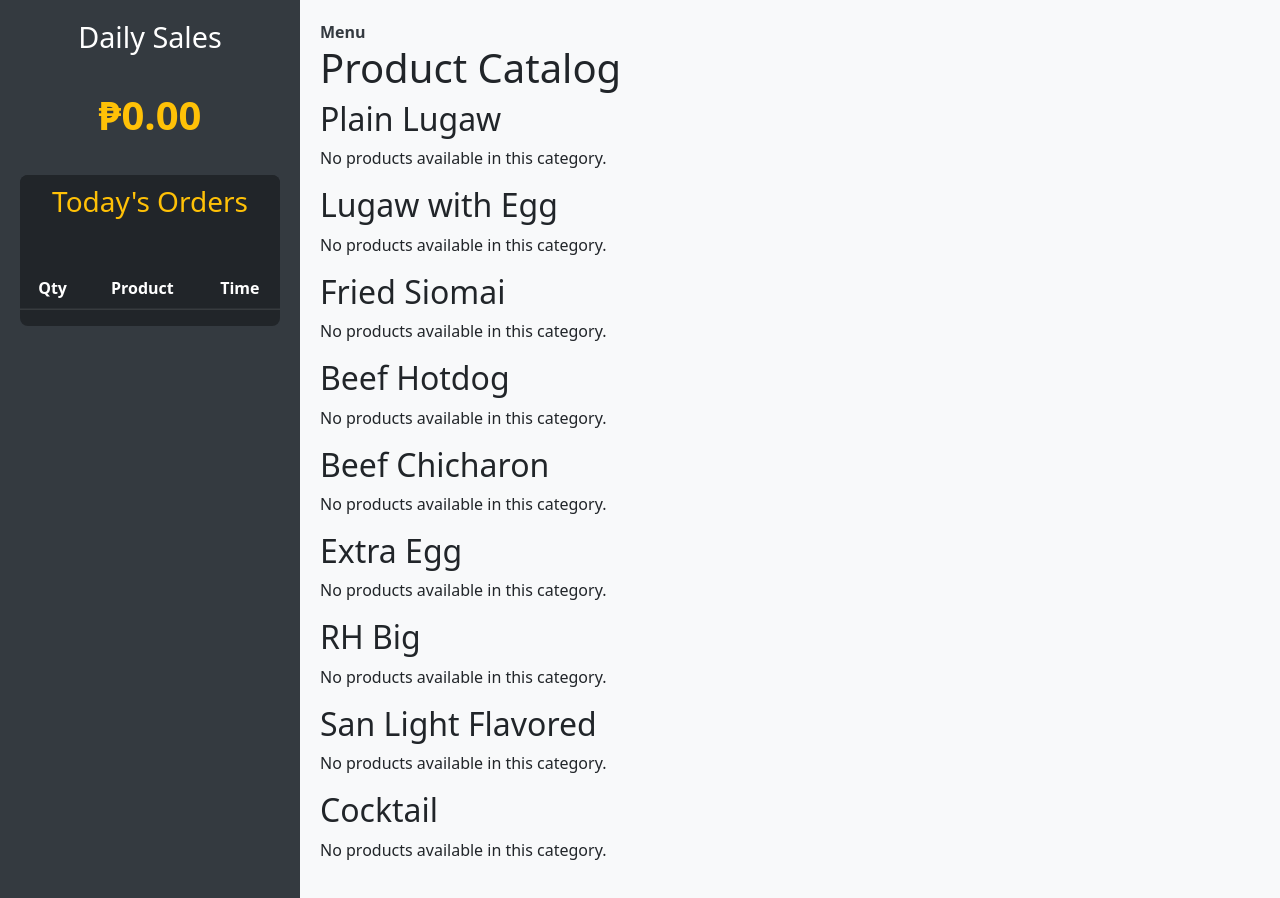
Repository: Jijiluzana225/lugawan_pitlane
Page: http://localhost/menu/
These files come from the project's save history. The page is drawn as it stood at one moment and after the next save; the edit follows.
The browser window is 1280 px wide. The pictures show the whole page.
The page is served by the project's application, run on Django 5.2 (manage.py). Other server files are loaded and not shown. The page reads the database file committed with the project.

Above is the page before, as saved 2025-03-06 09:38:25.

### pos/templates/pos/catalog.html
{% extends 'pos/base.html' %}

{% block title %}Product Catalog - Lugaw Cafe{% endblock %}

{% block content %}
<h1>Product Catalog</h1>
{% for category in categories %}
    <h2>{{ category.name }}</h2>
    <div class="catalog">
        {% for product in category.product_set.all %}
            <div class="product">
                <h3>{{ product.name }}</h3>
                <p>₱{{ product.price }}</p>

                <!-- Running total ordered today -->
                {% with total_ordered=product.total_ordered_today %}
                    <p>Ordered today: {{ total_ordered|default:0 }}</p>
                {% endwith %}

                {% if product.available %}
                    <form action="{% url 'add_to_order' %}" method="post">
                        {% csrf_token %}
                        <input type="hidden" name="product_id" value="{{ product.id }}">
                        <label for="qty_{{ product.id }}">Qty:</label>
                        <input type="number" name="quantity" id="qty_{{ product.id }}" value="1" min="1" required>
                        <button type="submit">Add to Order</button>
                    </form>
                {% else %}
                    <p style="color: red;">Out of Stock</p>
                {% endif %}
            </div>
        {% empty %}
            <p>No products available in this category.</p>
        {% endfor %}
    </div>
{% empty %}
    <p>No categories available.</p>
{% endfor %}
{% endblock %}

### pos/templates/pos/base.html
<!DOCTYPE html>
<html lang="en">
<head>
    <meta charset="UTF-8">
    <meta name="viewport" content="width=device-width, initial-scale=1.0">
    <title>{% block title %}Lugaw Cafe POS{% endblock %}</title>

    <!-- Bootstrap CSS -->
    <link href="https://cdnjs.cloudflare.com/ajax/libs/bootstrap/5.3.0/css/bootstrap.min.css" rel="stylesheet">

    <style>
        body {
            display: flex;
            min-height: 100vh;
            background-color: #f8f9fa;
        }

        .sidebar {
            width: 300px;
            background: #343a40;
            color: #fff;
            padding: 20px;
            display: flex;
            flex-direction: column;
        }

        .sidebar h2 {
            font-size: 1.8rem;
            text-align: center;
            margin-bottom: 30px;
        }

        .total-orders {
            font-size: 2.5rem;
            font-weight: bold;
            color: #ffc107;
            text-align: center;
        }

        .orders-table {
            margin-top: 30px;
            background: #212529;
            border-radius: 8px;
            padding: 0;
            overflow: hidden;
            display: flex;
            flex-direction: column;
        }

        .sticky-header {
            position: sticky;
            top: 0;
            background: #212529;
            padding: 10px;
            margin: 0;
            text-align: center;
            color: #ffc107;
            z-index: 2;
        }

        .scrollable-table {
            max-height: 400px;
            overflow-y: auto;
        }

        .sticky-thead {
            position: sticky;
            top: 40px; /* Below the header */
            background: #495057;
            z-index: 1;
        }

        .scrollable-table table {
            width: 100%;
        }

        .scrollable-table th, .scrollable-table td {
            text-align: center;
        }

        .scrollable-table tr:nth-child(even) {
            background-color: #343a40;
        }


        .main-content {
            flex: 1;
            padding: 20px;
        }

        .catalog {
            display: flex;
            flex-wrap: wrap;
            gap: 20px;
            justify-content: flex-start;
        }

        .product {
            border: 1px solid #ccc;
            padding: 15px;
            width: 200px;
            text-align: center;
            background-color: #ffffff;
            border-radius: 8px;
            box-shadow: 0 2px 8px rgba(0, 0, 0, 0.1);
            transition: transform 0.2s ease-in-out;
        }

        .product:hover {
            transform: scale(1.05);
        }

        .product h3 {
            margin: 0;
            font-size: 1.2rem;
            color: #212529;
        }

        .product p {
            margin: 5px 0;
        }

        .btn-add {
            background-color: #28a745;
            color: white;
            border: none;
            padding: 8px 12px;
            border-radius: 5px;
            transition: background-color 0.2s ease-in-out;
        }

        .btn-add:hover {
            background-color: #218838;
        }

        nav a {
            margin-right: 15px;
            text-decoration: none;
            color: #343a40;
            font-weight: bold;
        }
    </style>
</head>
<body>

    <!-- Sidebar with total orders and order table -->
    <div class="sidebar">
        <h2>Daily Sales</h2>
        <div class="total-orders">
            ₱{{ total_sales|default:"0.00" }}
        </div>

        <div class="orders-table">
            <h3 class="sticky-header">Today's Orders</h3>
            <div class="scrollable-table">
                <table class="table table-dark table-striped">
                    <thead class="sticky-thead">
                        <tr>
                            <th>Qty</th>
                            <th>Product</th>
                            <th>Time</th>
                        </tr>
                    </thead>
                    <tbody>
                        {% for order in todays_orders %}
                            <tr>
                                <td>{{ order.quantity }}</td>
                                <td>{{ order.product.name }}</td>
                                <td>{{ order.datetimestamp|time:"h:i A" }}</td>
                            </tr>
                        {% empty %}
                            <tr>
                                <td colspan="3">No orders yet today.</td>
                            </tr>
                        {% endfor %}
                    </tbody>
                </table>
            </div>
        </div>

    </div>

    <div class="main-content">
        <nav>
            <a href="{% url 'menu' %}">Menu</a>
        </nav>

        {% block content %}{% endblock %}
    </div>

</body>
</html>

### pos/models.py
from django.db import models
from django.utils.timezone import now

class Category(models.Model):
    name = models.CharField(max_length=100)

    def __str__(self):
        return self.name

from django.db import models
from django.utils.timezone import now

class Category(models.Model):
    name = models.CharField(max_length=100)

    def __str__(self):
        return self.name

class Product(models.Model):
    name = models.CharField(max_length=200)
    category = models.ForeignKey(Category, on_delete=models.CASCADE)
    price = models.DecimalField(max_digits=10, decimal_places=2)
    available = models.BooleanField(default=True)

    def __str__(self):
        return self.name

    @property
    def total_ordered_today(self):
        from django.db.models import Sum
        from datetime import date

        today = date.today()
        total = OrderItem.objects.filter(
            product=self,
            datetimestamp__date=today
        ).aggregate(Sum('quantity'))['quantity__sum']

        return total or 0


class OrderItem(models.Model):
    product = models.ForeignKey(Product, on_delete=models.CASCADE)
    quantity = models.PositiveIntegerField(default=1)
    datetimestamp = models.DateTimeField(default=now)  # New field

    def __str__(self):
        return f"{self.quantity} x {self.product.name} at {self.datetimestamp}"

### pos/views.py
from django.shortcuts import render
from .models import Category, Product




def catalog(request):

    categories = Product.objects.select_related('category').all()

    # Calculate total sales for the day from OrderItem model
    today = date.today()
    total_sales = OrderItem.objects.filter(
        datetimestamp__date=today
    ).annotate(
        total_price=F('product__price') * F('quantity')  # Calculate total price per item
    ).aggregate(
        total=Sum('total_price')
    )['total'] or 0
    categories = Category.objects.prefetch_related('product_set').all()

    todays_orders = OrderItem.objects.filter(
        datetimestamp__date=today
    ).select_related('product').order_by('-datetimestamp')

    return render(request, 'pos/catalog.html', {'categories': categories,'total_sales': total_sales,'todays_orders': todays_orders})


from django.shortcuts import redirect, get_object_or_404
from django.utils.timezone import now
from .models import Product, OrderItem

def add_to_order(request):
    if request.method == 'POST':
        product_id = request.POST.get('product_id')
        quantity = int(request.POST.get('quantity', 1))  # Get quantity, default to 1 if missing
        product = get_object_or_404(Product, id=product_id)

        # Always create a new OrderItem record with the provided quantity
        OrderItem.objects.create(
            product=product,
            quantity=quantity,
            datetimestamp=now()
        )

    return redirect('catalog')


from django.shortcuts import render
from django.db.models import Sum, F
from django.utils.timezone import now
from datetime import date
from .models import Product, OrderItem

def menu(request):
    categories = Product.objects.select_related('category').all()

    # Calculate total sales for the day from OrderItem model
    today = date.today()
    total_sales = OrderItem.objects.filter(
        datetimestamp__date=today
    ).annotate(
        total_price=F('product__price') * F('quantity')  # Calculate total price per item
    ).aggregate(
        total=Sum('total_price')
    )['total'] or 0

    return render(request, 'pos/catalog.html', {
        'categories': categories,
        'total_sales': total_sales
    })

### lugaw_pos/urls.py
from django.contrib import admin
from django.urls import path, include

urlpatterns = [
    path('admin/', admin.site.urls),
    path('', include('pos.urls')),
]

### pos/urls.py
from django.urls import path
from . import views

urlpatterns = [
    path('menu/', views.menu, name='menu'),

    path('catalog/', views.catalog, name='catalog'),  # New catalog page
    path('add-to-order/', views.add_to_order, name='add_to_order'),  # New URL for adding to order

]

### db.sqlite3 (the tables this page reads, as SQL)
CREATE TABLE "pos_category" ("id" integer NOT NULL PRIMARY KEY AUTOINCREMENT, "name" varchar(100) NOT NULL);
INSERT INTO "pos_category" VALUES
(1, 'Lugaw'),
(2, 'Toppings'),
(3, 'Beers'),
(4, 'Cocktail');

CREATE TABLE "pos_orderitem" ("id" integer NOT NULL PRIMARY KEY AUTOINCREMENT, "quantity" integer unsigned NOT NULL CHECK ("quantity" >= 0), "product_id" bigint NOT NULL REFERENCES "pos_product" ("id") DEFERRABLE INITIALLY DEFERRED, "datetimestamp" datetime NOT NULL);
INSERT INTO "pos_orderitem" VALUES
(50, 1, 1, '2025-03-06 01:56:34.121001'),
(51, 1, 6, '2025-03-06 01:56:41.037510'),
(52, 1, 1, '2025-03-06 01:56:57.538878'),
(53, 1, 1, '2025-03-06 01:56:59.174436'),
(54, 1, 1, '2025-03-06 01:57:01.013718'),
(55, 1, 1, '2025-03-06 01:59:52.563631'),
(56, 1, 2, '2025-03-06 02:00:06.551409'),
(57, 1, 2, '2025-03-06 02:00:07.073217'),
(58, 1, 6, '2025-03-06 02:01:38.991734'),
(59, 1, 2, '2025-03-06 02:01:44.300049'),
(60, 1, 2, '2025-03-06 02:01:45.529915'),
(61, 1, 2, '2025-03-06 02:01:45.930399'),
(62, 1, 2, '2025-03-06 02:01:47.716337'),
(63, 1, 4, '2025-03-06 02:01:51.587389'),
(64, 1, 5, '2025-03-06 02:01:56.477001'),
(65, 1, 3, '2025-03-06 02:02:02.440242'),
(66, 1, 2, '2025-03-06 02:13:40.929574'),
(67, 1, 2, '2025-03-06 02:17:50.680794'),
(68, 1, 7, '2025-03-06 02:53:27.259124');

CREATE TABLE "pos_product" ("id" integer NOT NULL PRIMARY KEY AUTOINCREMENT, "name" varchar(200) NOT NULL, "price" decimal NOT NULL, "available" bool NOT NULL, "category_id" bigint NOT NULL REFERENCES "pos_category" ("id") DEFERRABLE INITIALLY DEFERRED);
INSERT INTO "pos_product" VALUES
(1, 'Plain Lugaw', 20, 1, 1),
(2, 'Lugaw with Egg', 35, 1, 1),
(3, 'Fried Siomai', 20, 1, 2),
(4, 'Beef Hotdog', 20, 1, 2),
(5, 'Beef Chicharon', 10, 1, 2),
(6, 'Extra Egg', 15, 1, 2),
(7, 'RH Big', 150, 1, 3),
(8, 'San Light Flavored', 75, 1, 3),
(9, 'Cocktail', 350, 1, 4);

After the next save:
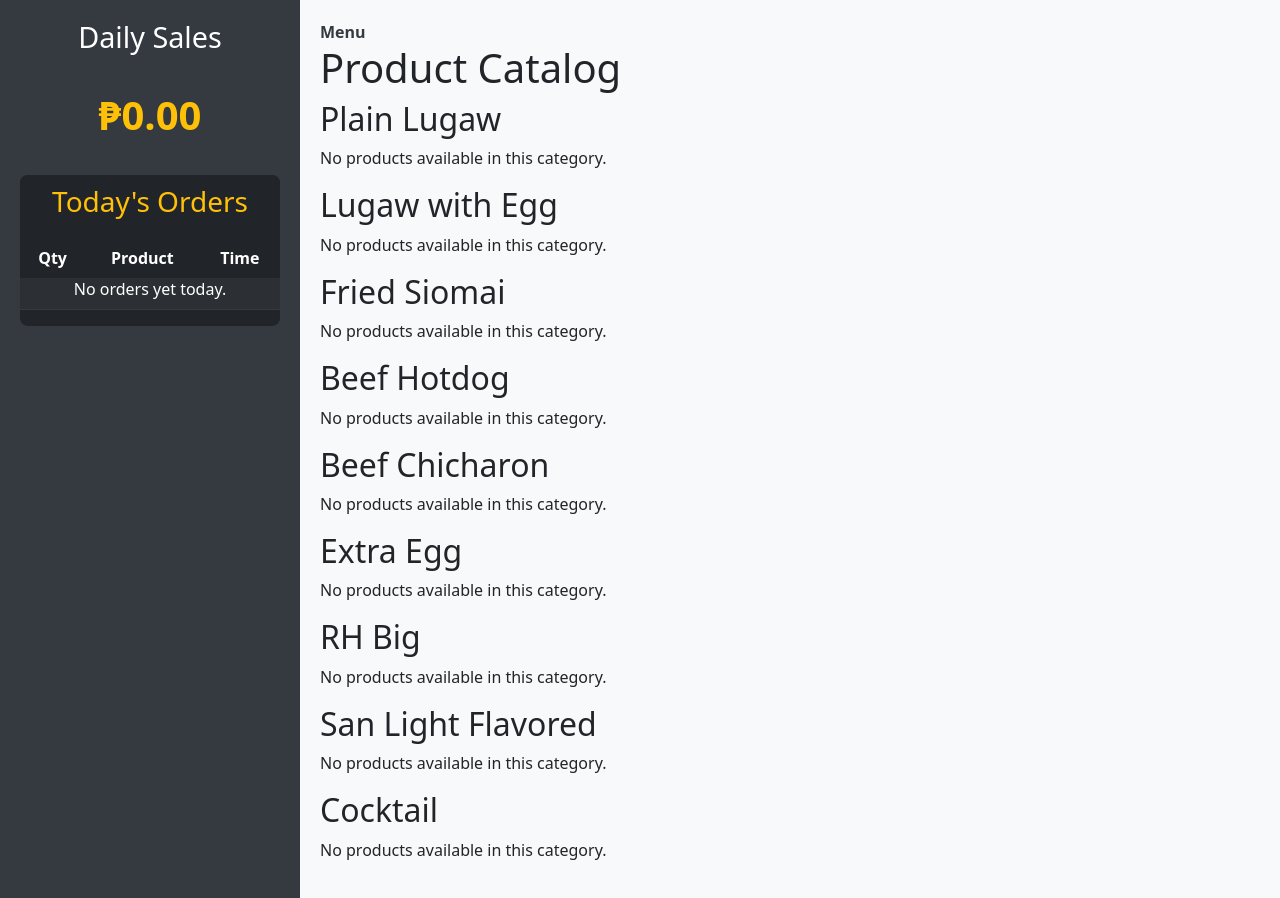
Saved 32 s later.
--- a/pos/templates/pos/base.html
+++ b/pos/templates/pos/base.html
@@ -65,7 +65,7 @@
 
         .sticky-thead {
             position: sticky;
-            top: 40px; /* Below the header */
+            top: 10px; /* Below the header */
             background: #495057;
             z-index: 1;
         }
